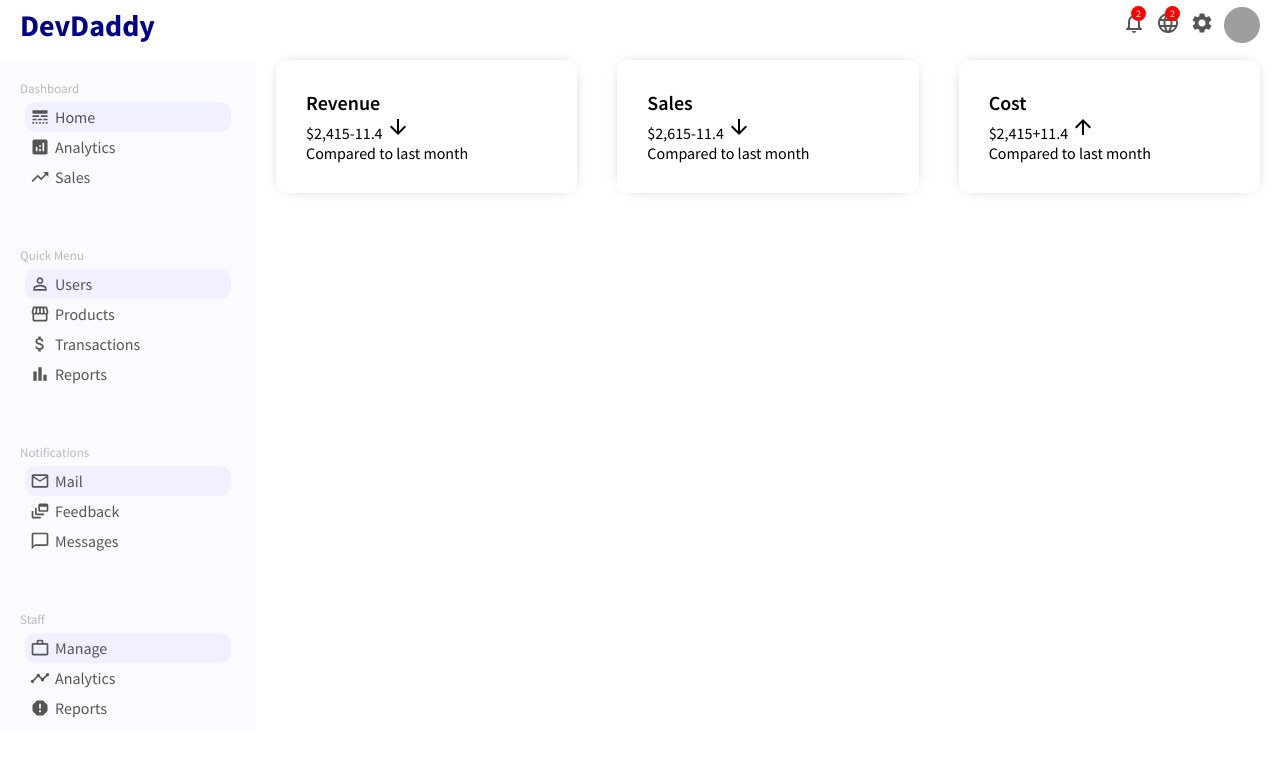
Repository: Marhamat92/react-admin-dashboard
Page: /
The author's editor kept a copy of each file at every save. The page is drawn from the files as they stood at one save, then again after the next save.
The browser window is 1280 px wide. The pictures show the whole page.
Pictures or frames that could not be fetched are drawn as grey boxes. The project was rebuilt for these pictures with package versions that can differ from the ones it lists, and the page was loaded fresh each time.

Above is the page before, as saved 2023-02-08 12:54:09.

### public/index.html
<!DOCTYPE html>
<html lang="en">

<head>
  <meta charset="utf-8" />
  <link rel="icon" href="%PUBLIC_URL%/favicon.ico" />
  <meta name="viewport" content="width=device-width, initial-scale=1" />
  <meta name="theme-color" content="#000000" />
  <meta name="description" content="Web site created using create-react-app" />
  <link rel="apple-touch-icon" href="%PUBLIC_URL%/logo192.png" />
  <link rel="preconnect" href="https://fonts.googleapis.com">
  <link rel="preconnect" href="https://fonts.gstatic.com" crossorigin>
  <link href="https://fonts.googleapis.com/css2?family=Source+Sans+Pro:wght@200;300;400;600;700;900&display=swap"
    rel="stylesheet">
  <!--
      manifest.json provides metadata used when your web app is installed on a
      user's mobile device or desktop. See https://developers.google.com/web/fundamentals/web-app-manifest/
    -->
  <link rel="manifest" href="%PUBLIC_URL%/manifest.json" />
  <!--
      Notice the use of %PUBLIC_URL% in the tags above.
      It will be replaced with the URL of the `public` folder during the build.
      Only files inside the `public` folder can be referenced from the HTML.

      Unlike "/favicon.ico" or "favicon.ico", "%PUBLIC_URL%/favicon.ico" will
      work correctly both with client-side routing and a non-root public URL.
      Learn how to configure a non-root public URL by running `npm run build`.
    -->
  <style>
    * {
      font-family: 'Source Sans Pro', sans-serif;
      margin: 0;
    }
  </style>
  <title>DevDaddy Admin Dashboard</title>
</head>

<body>
  <noscript>You need to enable JavaScript to run this app.</noscript>
  <div id="root"></div>
  <!--
      This HTML file is a template.
      If you open it directly in the browser, you will see an empty page.

      You can add webfonts, meta tags, or analytics to this file.
      The build step will place the bundled scripts into the <body> tag.

      To begin the development, run `npm start` or `yarn start`.
      To create a production bundle, use `npm run build` or `yarn build`.
    -->
</body>

</html>

### src/App.js
import Topbar from "./components/Topbar/Topbar";
import Sidebar from "./components/sidebar/Sidebar";
import "./app.scss";
import Home from "./pages/home/Home";


function App() {
  return (
    <div>
      <Topbar />
      <div className="container">
        <Sidebar />
        <Home />

      </div>
    </div>
  );
}

export default App;

### src/components/Topbar/Topbar.jsx
import React from 'react'
import "./topbar.scss"
import { Language, NotificationsNone, Settings } from '@mui/icons-material'

function Topbar() {
  return (
    <div className="topbar" >
       <div className='topbarWrapper' >
          <div className='topLeft' >
            <span className='logo'>DevDaddy</span>
          </div>
          <div className='topRight' >
             <div className='topbarIconContainer' >
               <NotificationsNone/>
                <span className='topIconBadge'>2</span>
             </div>
             <div className='topbarIconContainer' >
               <Language/>
                <span className='topIconBadge'>2</span>
             </div>
             <div className='topbarIconContainer' >
               <Settings/>
             </div>
             <img className='topAvatar' src='https://i.pinimg.com/originals/99/ee/d8/99eed8642bbb66a71d0f1677d18a2587.jpg' alt="jack sheperd" />
          </div>
       </div>
    </div>
  )
}

export default Topbar

### src/components/sidebar/Sidebar.js
import React from 'react'
import './sidebar.scss'
import { Analytics, AttachMoney, ChatBubbleOutline, DynamicFeed, LineStyle, MailOutline, PermIdentity, Report, Storefront, Timeline, TrendingUp, WorkOutline, BarChart } from '@mui/icons-material'



function Sidebar() {
  return (
    <div className='sidebar'>
      <div className='sidebarWrapper'>
        <div className='sidebarMenu' >
          <div className='sidebarTitle'>
            Dashboard
          </div>
          <ul className='sidebarList'>
            <li className='sidebarListItem active'>
              <LineStyle className='sidebarIcon' />
              Home
            </li>
            <li className='sidebarListItem'>
              <Analytics className='sidebarIcon' />
              Analytics
            </li>
            <li className='sidebarListItem'>
              <TrendingUp className='sidebarIcon' />
              Sales
            </li>
          </ul>
        </div>
      </div>

      <div className='sidebarWrapper'>
        <div className='sidebarMenu' >
          <div className='sidebarTitle'>
            Quick Menu
          </div>
          <ul className='sidebarList'>
            <li className='sidebarListItem active'>
              <PermIdentity className='sidebarIcon' />
              Users
            </li>
            <li className='sidebarListItem'>
              <Storefront className='sidebarIcon' />
              Products
            </li>
            <li className='sidebarListItem'>
              <AttachMoney className='sidebarIcon' />
              Transactions
            </li>
            <li className='sidebarListItem'>
              <BarChart className='sidebarIcon' />
              Reports
            </li>
          </ul>
        </div>
      </div>

      <div className='sidebarWrapper'>
        <div className='sidebarMenu' >
          <div className='sidebarTitle'>
            Notifications
          </div>
          <ul className='sidebarList'>
            <li className='sidebarListItem active'>
              <MailOutline className="sidebarIcon" />
              Mail
            </li>
            <li className='sidebarListItem'>
              <DynamicFeed className="sidebarIcon" />
              Feedback
            </li>
            <li className='sidebarListItem'>
              <ChatBubbleOutline className="sidebarIcon" />
              Messages
            </li>
          </ul>
        </div>
      </div>

      <div className='sidebarWrapper'>
        <div className='sidebarMenu' >
          <div className='sidebarTitle'>
            Staff
          </div>
          <ul className='sidebarList'>
            <li className='sidebarListItem active'>
              <WorkOutline className="sidebarIcon" />
              Manage
            </li>
            <li className='sidebarListItem'>
              <Timeline className="sidebarIcon" />
              Analytics
            </li>
            <li className='sidebarListItem'>
              <Report className="sidebarIcon" />
              Reports
            </li>
          </ul>
        </div>
      </div>
    </div>
  )
}

export default Sidebar

### src/app.scss
.container {
  display:flex;
  margin-top: 10px;
}

### src/pages/home/Home.js
import React from 'react'
import './home.scss'
import FeaturedInfo from '../../components/featuredInfo/FeaturedInfo'

function Home() {
  return (
    <div className='home' >
      <FeaturedInfo />
    </div>
  )
}

export default Home

### src/components/Topbar/topbar.scss
.topbar{
  width:100%;
  height: 50px;
  background-color: white;
  position: sticky;
  top:0;
  z-index: 999;
}

.topbarWrapper{
  height: 100%;
  padding: 0px 20px;
  display: flex;
  align-items: center;
  justify-content: space-between;
}

.logo{
  font-weight:bold;
  font-size: 30px;
  color:darkblue;
  cursor: pointer;
}

.topRight{
  display:flex;
  align-items: center;
}

.topbarIconContainer{
  position:relative;
  cursor: pointer;
  margin-right:10px;
  color:#555;
}

.topIconBadge{
  width: 15px;
  height: 15px;
  display: flex;
  align-items: center;
  justify-content: center;
  position:absolute;
  top:-5px;
  right:0px;
  background-color: red;
  color:white;
  border-radius: 50%;
  font-size: 10px;
}

.topAvatar{
  width: 36px;
  height: 36px;
  border-radius: 50%;
  object-fit: cover;
  cursor: pointer;
}

### src/components/sidebar/sidebar.scss
.sidebar{
  flex:1;
  height:calc(100vh - 50px);
  background-color: rgb(251,251,255);
  position: sticky;
  top: 50px;
}

.sidebarWrapper{
  padding: 20px;
  color:#555;
}

.sidebarMenu{
  margin-bottom:10px;
}

.sidebarTitle{
  font-size: 13px;
  color:rgb(187,186,186);
}

.sidebarList{
  list-style: none;
  padding:5px;
}

.sidebarListItem{
  padding:5px;
  cursor:pointer;
  display:flex;
  align-items:center;
  border-radius: 10px;
}

.sidebarListItem.active,
.sidebarListItem:hover{
  background-color: rgb(240,240,255);
}

.sidebarIcon{
  margin-right: 5px;
  font-size: 20px !important;
}

### src/pages/home/home.scss
.home{
  flex:4;

}

### src/components/featuredInfo/FeaturedInfo.js
import React from 'react'
import './featuredInfo.scss'
import { ArrowDownward, ArrowUpward } from '@mui/icons-material'

function FeaturedInfo() {
  return (
    <div className='featured'>
      <div className='featuredItem'>
        <span className='featuredTitle'>Revenue</span>
        <div className='featuredMoneyContainer'>
          <span className='featuredMoney'>$2,415</span>
          <span className='featuredMoneyRate'>
            -11.4 <ArrowDownward />
          </span>
        </div>
        <span className='featuredSub'>Compared to last month</span>
      </div>

      <div className='featuredItem'>
        <span className='featuredTitle'>Sales</span>
        <div className='featuredMoneyContainer'>
          <span className='featuredMoney'>$2,615</span>
          <span className='featuredMoneyRate'>
            -11.4 <ArrowDownward />
          </span>
        </div>
        <span className='featuredSub'>Compared to last month</span>
      </div>

      <div className='featuredItem'>
        <span className='featuredTitle'>Cost</span>
        <div className='featuredMoneyContainer'>
          <span className='featuredMoney'>$2,415</span>
          <span className='featuredMoneyRate'>
            +11.4 <ArrowUpward />
          </span>
        </div>
        <span className='featuredSub'>Compared to last month</span>
      </div>
    </div>
  )
}

export default FeaturedInfo

### src/components/featuredInfo/featuredInfo.scss
.featured{
  width:100%;
  display:flex;
  justify-content:space-between;
}

.featuredItem{
  flex:1;
  margin:0 20px;
  padding:30px;
  border-radius:10px;
  cursor:pointer;
  -webkit-box-shadow: 0px 0px 15px -10px rgba(0, 0, 0, 0.75);
  box-shadow: 0px 0px 15px -10px rgba(0, 0, 0, 0.75);
}

.featuredTitle{
  font-size:20px;
  font-weight:600;
  margin-bottom:10px;
}

Loaded but not shown: src/index.js (common file)

After the next save:
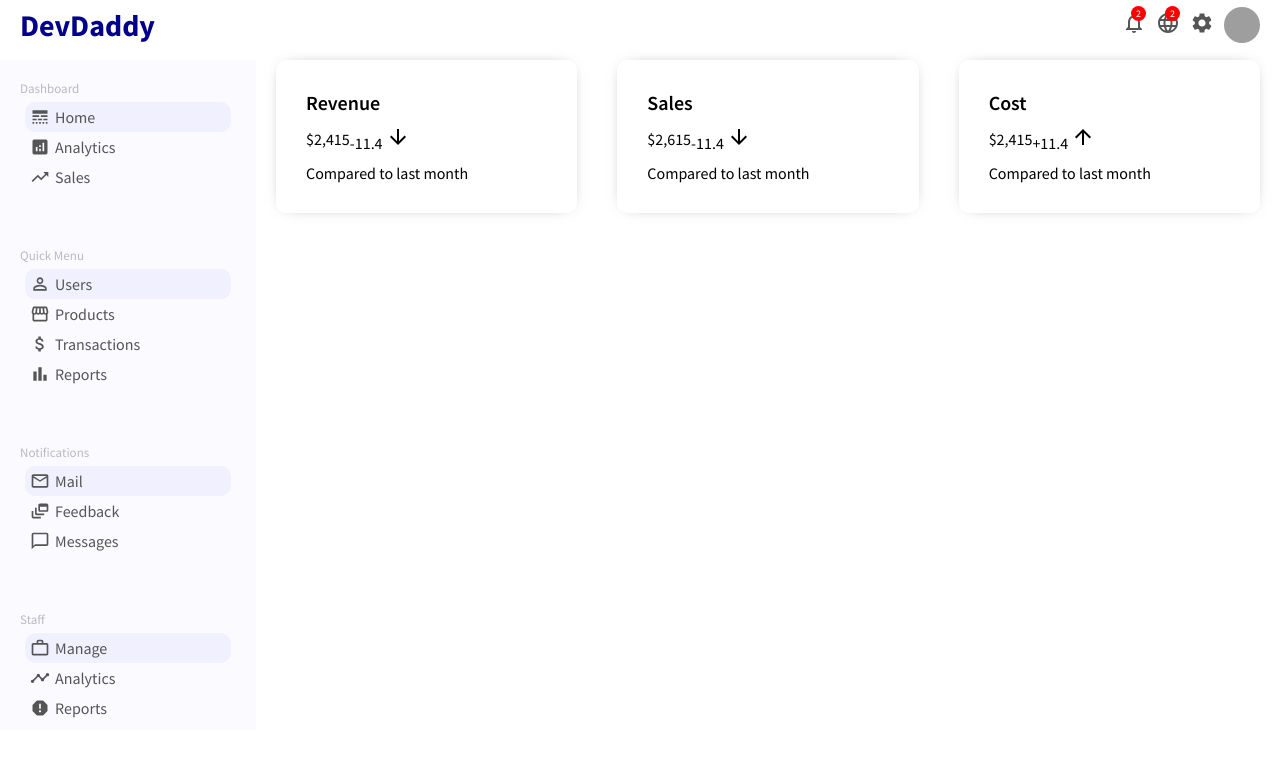
Saved 70 s later.
--- a/src/components/featuredInfo/featuredInfo.scss
+++ b/src/components/featuredInfo/featuredInfo.scss
@@ -19,3 +19,9 @@
   font-weight:600;
   margin-bottom:10px;
 }
+
+.featuredMoneyContainer{
+  display:flex;
+  align-items:center;
+  margin:10px 0px;
+}
